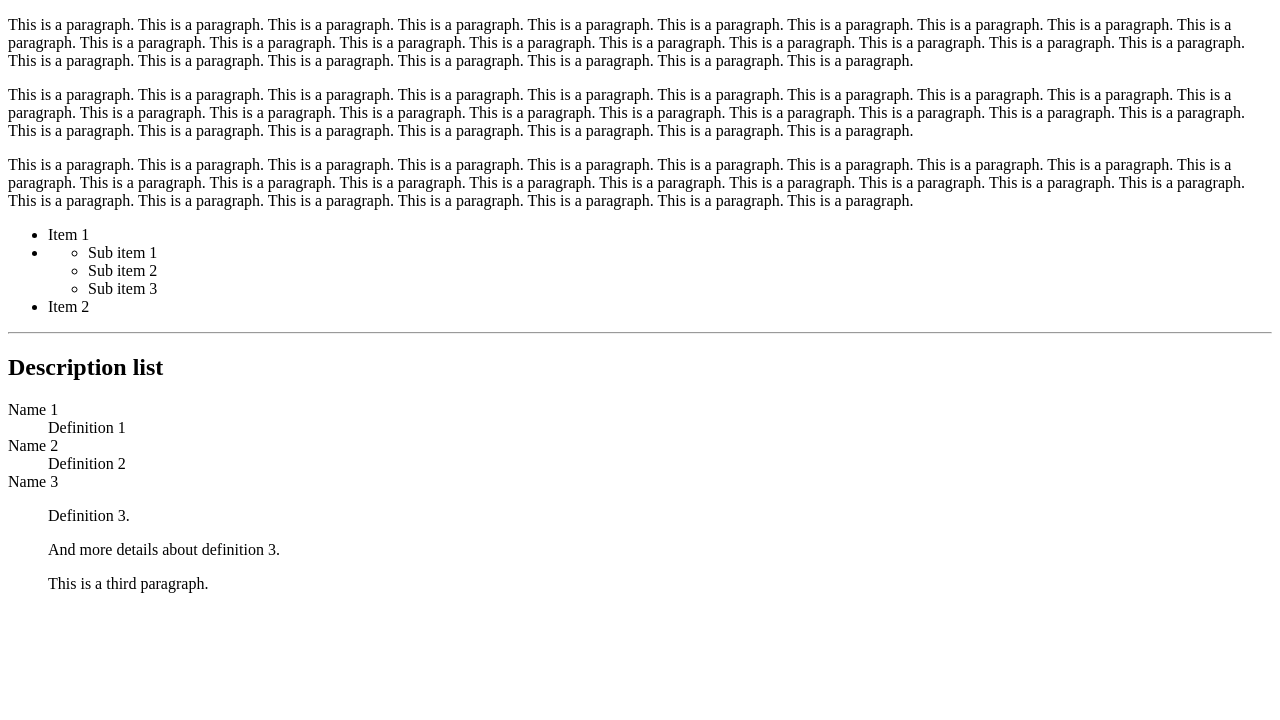
Repository: Colo-Codes/code-practice
Page: 01-html-practice-2.html
An editor plug-in stored every save of this project. The page is shown before and after the next save, followed by the edit.
The browser window is 1280 px wide. The pictures show the whole page.

Above is the page before, as saved 2021-04-23 08:33:09.

### 01-html-practice-2.html
<!DOCTYPE html>
<html>
    <head>
        <meta charset="UTF-8">
        <title>This is the title</title>
    </head>
    <body>
        <!-- All the elements of the webpage. -->
        <p>This is a paragraph. This is a paragraph. This is a paragraph. This is a paragraph. This is a paragraph. This is a paragraph. This is a paragraph. This is a paragraph. This is a paragraph. This is a paragraph. This is a paragraph. This is a paragraph. This is a paragraph. This is a paragraph. This is a paragraph. This is a paragraph. This is a paragraph. This is a paragraph. This is a paragraph. This is a paragraph. This is a paragraph. This is a paragraph. This is a paragraph. This is a paragraph. This is a paragraph. This is a paragraph. </p>
        <p>This is a paragraph. This is a paragraph. This is a paragraph. This is a paragraph. This is a paragraph. This is a paragraph. This is a paragraph. This is a paragraph. This is a paragraph. This is a paragraph. This is a paragraph. This is a paragraph. This is a paragraph. This is a paragraph. This is a paragraph. This is a paragraph. This is a paragraph. This is a paragraph. This is a paragraph. This is a paragraph. This is a paragraph. This is a paragraph. This is a paragraph. This is a paragraph. This is a paragraph. This is a paragraph. </p>
        <p>This is a paragraph. This is a paragraph. This is a paragraph. This is a paragraph. This is a paragraph. This is a paragraph. This is a paragraph. This is a paragraph. This is a paragraph. This is a paragraph. This is a paragraph. This is a paragraph. This is a paragraph. This is a paragraph. This is a paragraph. This is a paragraph. This is a paragraph. This is a paragraph. This is a paragraph. This is a paragraph. This is a paragraph. This is a paragraph. This is a paragraph. This is a paragraph. This is a paragraph. This is a paragraph. </p>
        <ul>
            <li>Item 1</li>
            <li>
                <ul>
                    <li>Sub item 1</li>
                    <li>Sub item 2</li>
                    <li>Sub item 3</li>
                </ul>
            </li>
            <li>Item 2</li>
        </ul>
        <hr>
        <h2>Description list</h2>
        <dl>
            <dt>Name 1</dt>
            <dd>Definition 1</dd>
            <dt>Name 2</dt>
            <dd>Definition 2</dd>
            <dt>Name 3</dt>
            <dd><p>Definition 3.</p><p>And more details about definition 3.</p><p>This is a third paragraph.</p></dd>
        </dl>
    </body>
</html>

After the next save:
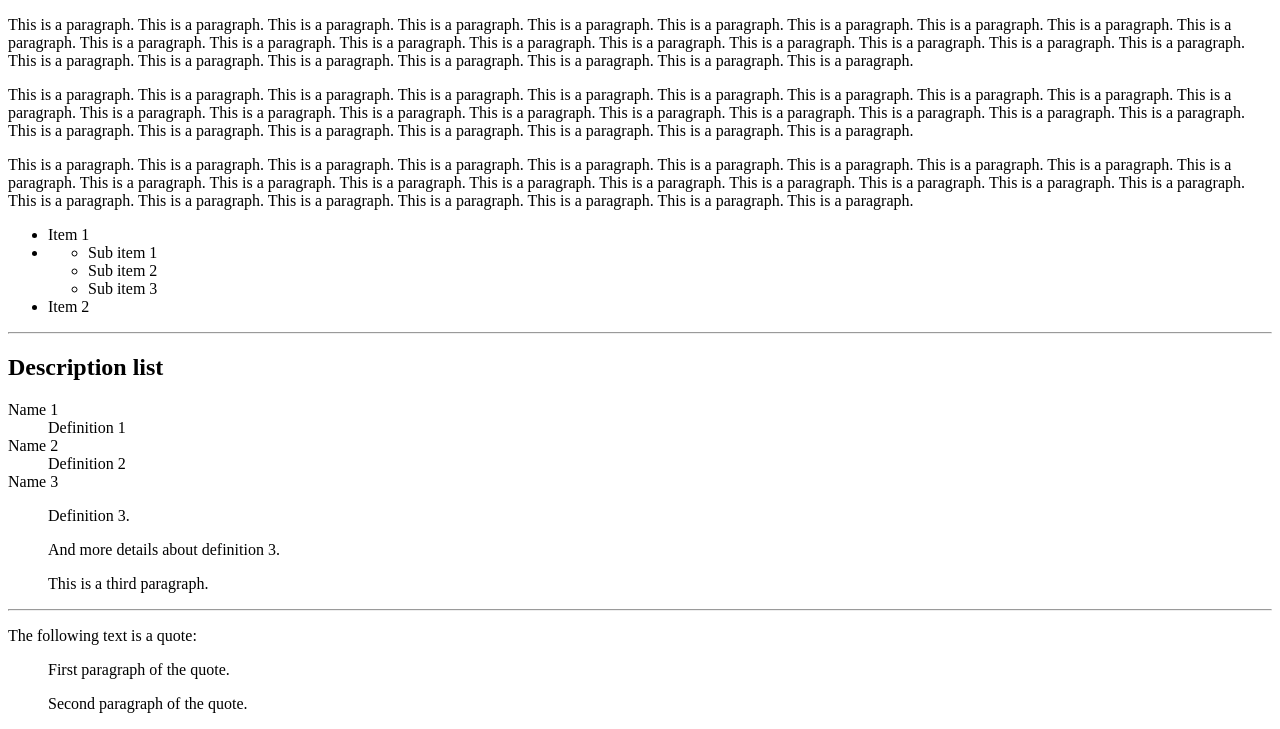
Saved 11 min 43 s later.
--- a/01-html-practice-2.html
+++ b/01-html-practice-2.html
@@ -1,34 +1,62 @@
 <!DOCTYPE html>
 <html>
-    <head>
-        <meta charset="UTF-8">
-        <title>This is the title</title>
-    </head>
-    <body>
-        <!-- All the elements of the webpage. -->
-        <p>This is a paragraph. This is a paragraph. This is a paragraph. This is a paragraph. This is a paragraph. This is a paragraph. This is a paragraph. This is a paragraph. This is a paragraph. This is a paragraph. This is a paragraph. This is a paragraph. This is a paragraph. This is a paragraph. This is a paragraph. This is a paragraph. This is a paragraph. This is a paragraph. This is a paragraph. This is a paragraph. This is a paragraph. This is a paragraph. This is a paragraph. This is a paragraph. This is a paragraph. This is a paragraph. </p>
-        <p>This is a paragraph. This is a paragraph. This is a paragraph. This is a paragraph. This is a paragraph. This is a paragraph. This is a paragraph. This is a paragraph. This is a paragraph. This is a paragraph. This is a paragraph. This is a paragraph. This is a paragraph. This is a paragraph. This is a paragraph. This is a paragraph. This is a paragraph. This is a paragraph. This is a paragraph. This is a paragraph. This is a paragraph. This is a paragraph. This is a paragraph. This is a paragraph. This is a paragraph. This is a paragraph. </p>
-        <p>This is a paragraph. This is a paragraph. This is a paragraph. This is a paragraph. This is a paragraph. This is a paragraph. This is a paragraph. This is a paragraph. This is a paragraph. This is a paragraph. This is a paragraph. This is a paragraph. This is a paragraph. This is a paragraph. This is a paragraph. This is a paragraph. This is a paragraph. This is a paragraph. This is a paragraph. This is a paragraph. This is a paragraph. This is a paragraph. This is a paragraph. This is a paragraph. This is a paragraph. This is a paragraph. </p>
-        <ul>
-            <li>Item 1</li>
-            <li>
-                <ul>
-                    <li>Sub item 1</li>
-                    <li>Sub item 2</li>
-                    <li>Sub item 3</li>
-                </ul>
-            </li>
-            <li>Item 2</li>
-        </ul>
-        <hr>
-        <h2>Description list</h2>
-        <dl>
-            <dt>Name 1</dt>
-            <dd>Definition 1</dd>
-            <dt>Name 2</dt>
-            <dd>Definition 2</dd>
-            <dt>Name 3</dt>
-            <dd><p>Definition 3.</p><p>And more details about definition 3.</p><p>This is a third paragraph.</p></dd>
-        </dl>
-    </body>
+
+<head>
+    <meta charset="UTF-8">
+    <title>This is the title</title>
+</head>
+
+<body>
+    <!-- All the elements of the webpage. -->
+    <p>This is a paragraph. This is a paragraph. This is a paragraph. This is a paragraph. This is a paragraph. This is
+        a paragraph. This is a paragraph. This is a paragraph. This is a paragraph. This is a paragraph. This is a
+        paragraph. This is a paragraph. This is a paragraph. This is a paragraph. This is a paragraph. This is a
+        paragraph. This is a paragraph. This is a paragraph. This is a paragraph. This is a paragraph. This is a
+        paragraph. This is a paragraph. This is a paragraph. This is a paragraph. This is a paragraph. This is a
+        paragraph. </p>
+    <p>This is a paragraph. This is a paragraph. This is a paragraph. This is a paragraph. This is a paragraph. This is
+        a paragraph. This is a paragraph. This is a paragraph. This is a paragraph. This is a paragraph. This is a
+        paragraph. This is a paragraph. This is a paragraph. This is a paragraph. This is a paragraph. This is a
+        paragraph. This is a paragraph. This is a paragraph. This is a paragraph. This is a paragraph. This is a
+        paragraph. This is a paragraph. This is a paragraph. This is a paragraph. This is a paragraph. This is a
+        paragraph. </p>
+    <p>This is a paragraph. This is a paragraph. This is a paragraph. This is a paragraph. This is a paragraph. This is
+        a paragraph. This is a paragraph. This is a paragraph. This is a paragraph. This is a paragraph. This is a
+        paragraph. This is a paragraph. This is a paragraph. This is a paragraph. This is a paragraph. This is a
+        paragraph. This is a paragraph. This is a paragraph. This is a paragraph. This is a paragraph. This is a
+        paragraph. This is a paragraph. This is a paragraph. This is a paragraph. This is a paragraph. This is a
+        paragraph. </p>
+    <ul>
+        <li>Item 1</li>
+        <li>
+            <ul>
+                <li>Sub item 1</li>
+                <li>Sub item 2</li>
+                <li>Sub item 3</li>
+            </ul>
+        </li>
+        <li>Item 2</li>
+    </ul>
+    <hr>
+    <h2>Description list</h2>
+    <dl>
+        <dt>Name 1</dt>
+        <dd>Definition 1</dd>
+        <dt>Name 2</dt>
+        <dd>Definition 2</dd>
+        <dt>Name 3</dt>
+        <dd>
+            <p>Definition 3.</p>
+            <p>And more details about definition 3.</p>
+            <p>This is a third paragraph.</p>
+        </dd>
+    </dl>
+    <hr>
+    <p>The following text is a quote:</p>
+    <blockquote>
+        <p>First paragraph of the quote.</p>
+        <p>Second paragraph of the quote.</p>
+    </blockquote>
+</body>
+
 </html>
